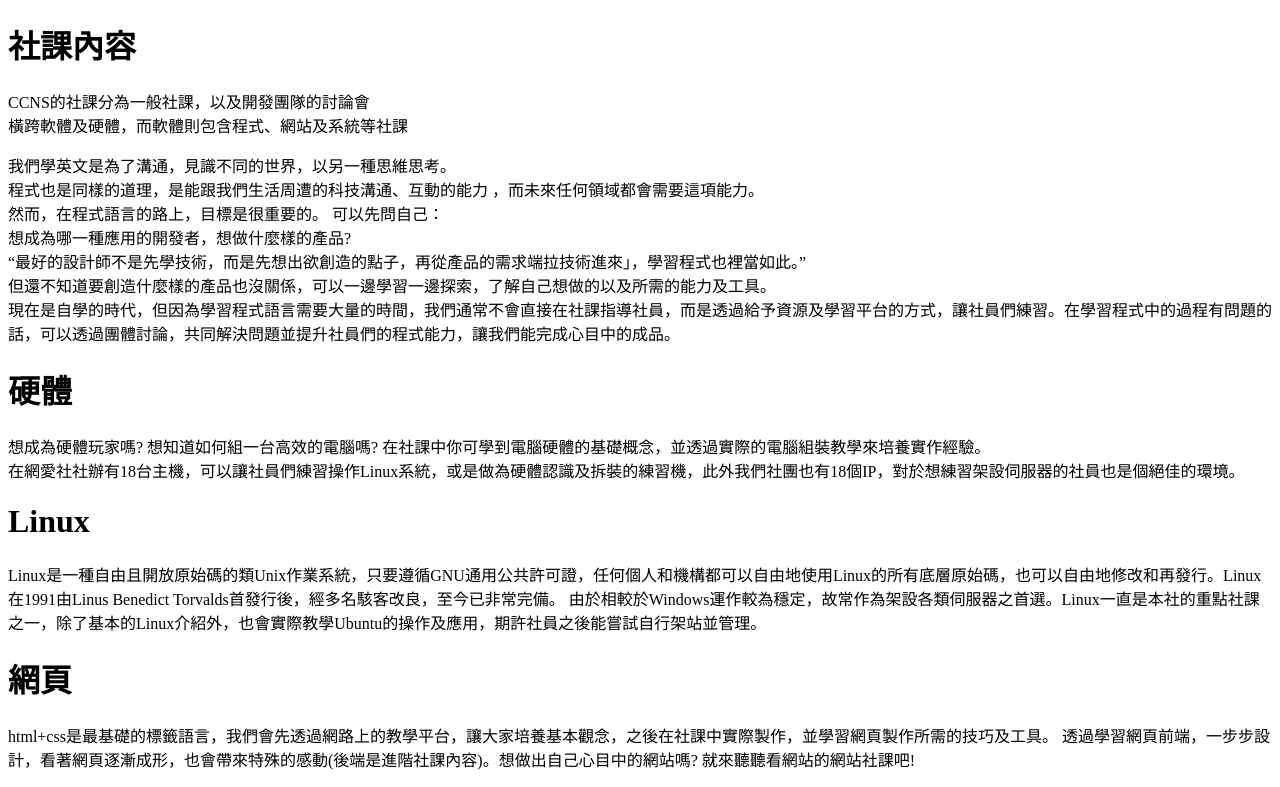
Repository: ccns/ccns_website
Page: classes.html
The author's editor kept a record of every edit. The page is drawn from the files as they stood at one moment, then again after the next edit.
The browser window is 1280 px wide. The pictures show the whole page.

Above is the page before.

After the next edit:
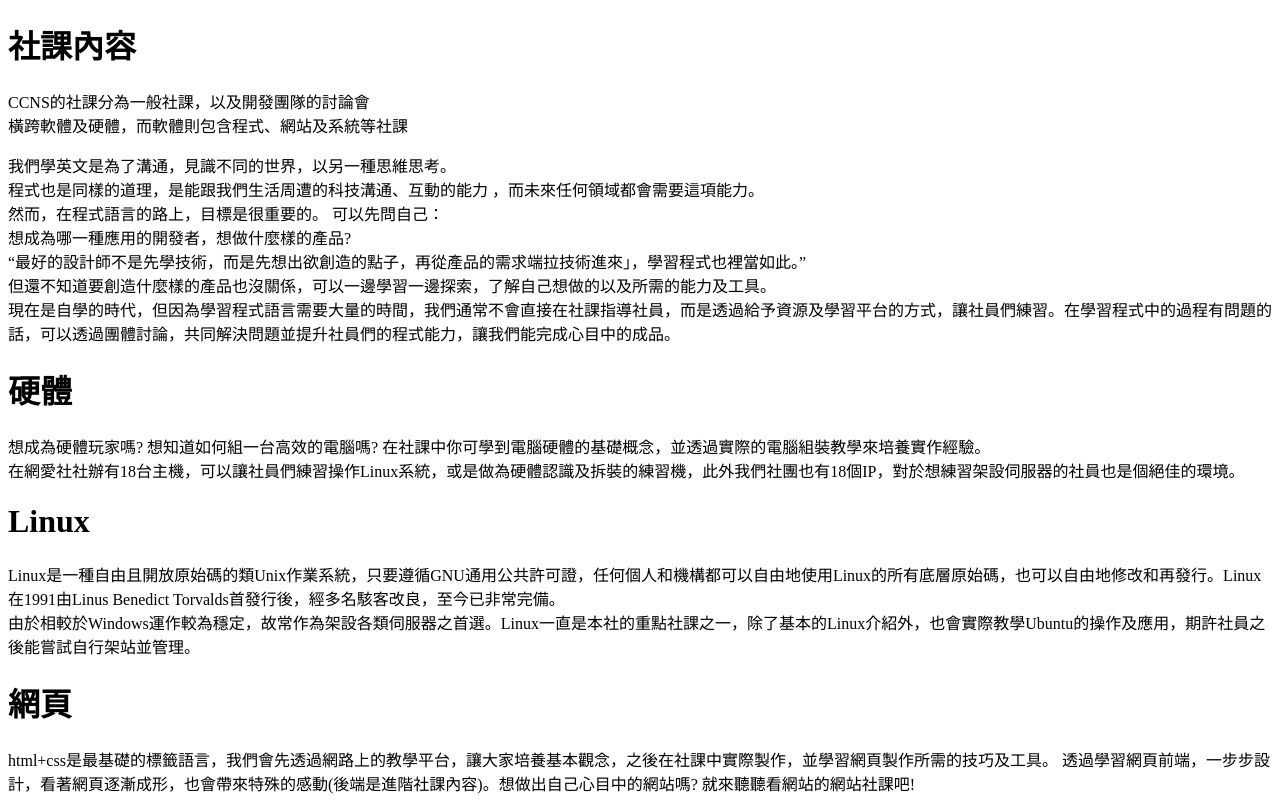
The edit:
--- a/classes.html
+++ b/classes.html
@@ -26,7 +26,7 @@
 
 		<h1>Linux</h1>
 		<p>Linux是一種自由且開放原始碼的類Unix作業系統，只要遵循GNU通用公共許可證，任何個人和機構都可以自由地使用Linux的所有底層原始碼，也可以自由地修改和再發行。Linux在1991由Linus Benedict Torvalds首發行後，經多名駭客改良，至今已非常完備。
-由於相較於Windows運作較為穩定，故常作為架設各類伺服器之首選。Linux一直是本社的重點社課之一，除了基本的Linux介紹外，也會實際教學Ubuntu的操作及應用，期許社員之後能嘗試自行架站並管理。
+		<br>由於相較於Windows運作較為穩定，故常作為架設各類伺服器之首選。Linux一直是本社的重點社課之一，除了基本的Linux介紹外，也會實際教學Ubuntu的操作及應用，期許社員之後能嘗試自行架站並管理。
 		</p>
 
 		<h1>網頁</h1>
